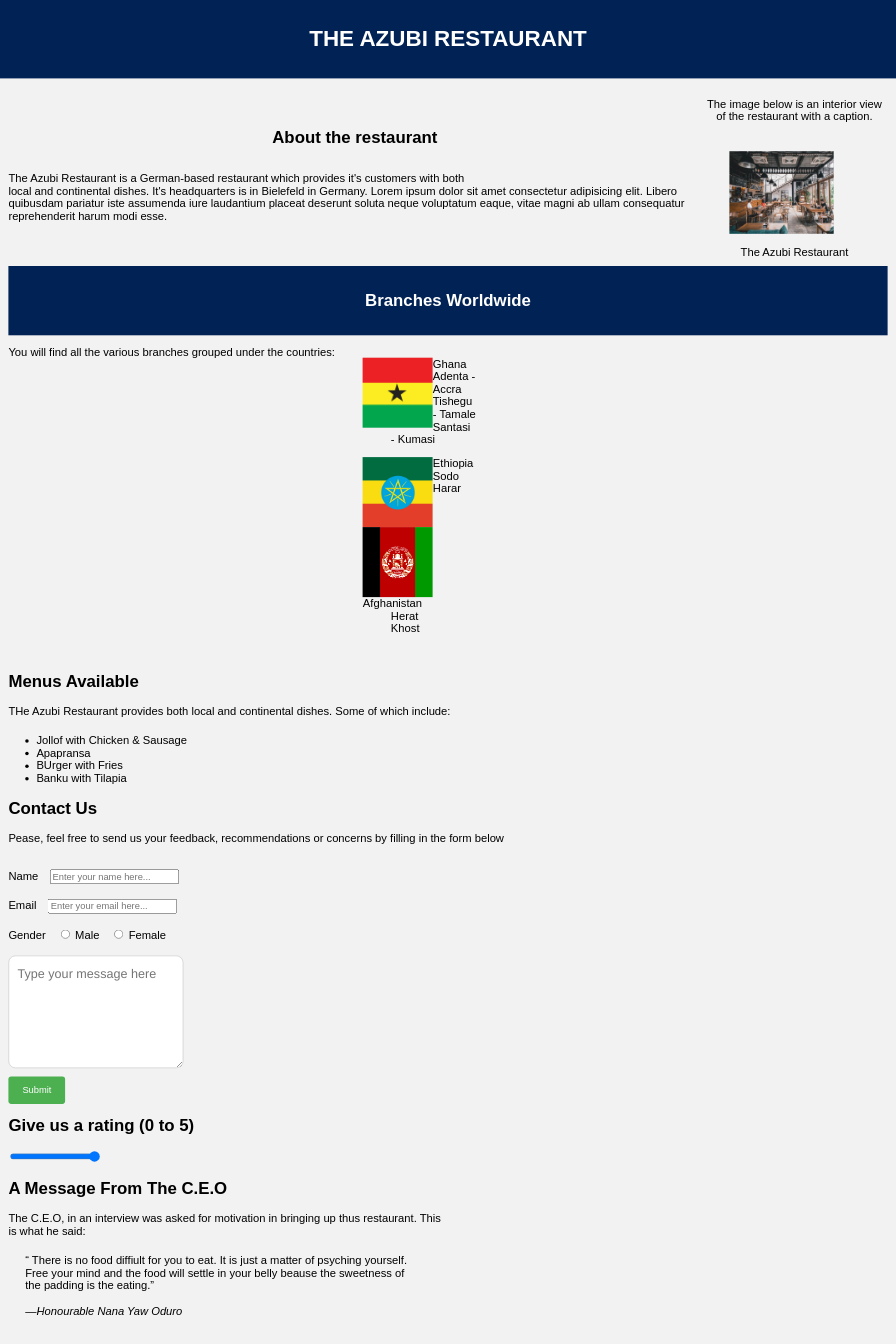
Repository: odurusphp/testingazubigit
Page: Fortune/FortunatusWulnye.html
These files come from the project's save history. The page is drawn as it stood at one moment and after the next save; the edit follows.
The browser window is 1280 px wide. The pictures show the part of the page from y = 0 to 1920 px (the page is 1954 px tall before and 2970 px after), at 70% of full size.

Above is the page before, as saved 2020-08-04 08:56:43.

### Fortune/FortunatusWulnye.html
<!--COMMENTS THAT ARE MINE ARE WRITTEN IN CAPITAL LETTERS-->
<!--THE GENERAL STRUCTURE OF THE PAGE IS GOOD WITH THE INDENTATION TOO-->
<!--THE CLASSES THAT YOU IMPLEMENTED TOO ARE GREAT KEEP IT UP-->
<!DOCTYPE html>
<html lang="en">

<head>

    <meta charset="UTF-8" />
    <meta name="viewport" content="width=device-width, initial-scale=1.0" />
    <title>The Azubi Restaurant</title>
    <meta name="descrition" content="A website for Azubi restaurant">
    <meta name="author" content="Fortunatus Aabangbio Wulnye">
    <link rel="stylesheet" href="css/style.css">

</head>

<body>

    <header class="main-header">
        <div class="brand">
            <h1 class="site-title"><a href="#">THE AZUBI RESTAURANT</a></h1>
        </div>
    </header>

    <main class="main-container">
        <section class="about-main">

            <aside class="about-text">
                <div class="about-header">
                    <h2>About the restaurant</h2>
                </div>
                <p>
                    The Azubi Restaurant is a German-based restaurant which provides
                    it's customers with both <br />
                    local and continental dishes. It's headquarters is in Bielefeld in
                    Germany. Lorem ipsum dolor sit amet consectetur adipisicing elit. Libero quibusdam pariatur iste
                    assumenda iure laudantium placeat deserunt soluta neque voluptatum eaque, vitae magni ab ullam
                    consequatur reprehenderit harum modi esse.
                </p>
            </aside>

            <div class="about-fig">
                <p>The image below is an interior view of the restaurant with a caption.</p>
                <figure>
                    <img src="images/FortununatusWulnyeRestaurant.jpg" alt="Azubi Restaurant" /> <br>
                    <figcaption>The Azubi Restaurant</figcaption>
                </figure>
            </div>

        </section>

        <section class="main-branches">
            <div class="branches-header">
                <h2>Branches Worldwide</h2>
            </div>

            <div class="branches">
                <p>You will find all the various branches grouped under the countries:</p>
                <dl>
                    <div class="ghana">
                        <figure class="reason">
                            <a href="">
                                <img src="images/ghana-flag.png" />
                            </a>
                            <figcaption>
                                <dt class="country">Ghana</dt>
                                <div class="location">
                                    <dd>Adenta - Accra</dd>
                                    <dd>Tishegu - Tamale</dd>
                                    <dd>Santasi - Kumasi</dd>
                                </div>
                            </figcaption>
                        </figure>
                    </div>

                    <div class="ethiopia">
                        <figure class="reason">
                            <a href="">
                                <img src="images/ethiopia-flag.jpg" />
                            </a>
                            <figcaption>
                                <dt class="country">Ethiopia</dt>
                                <div class="location">
                                    <dd>Sodo</dd>
                                    <dd>Harar</dd>
                                </div>
                            </figcaption>
                        </figure>
                    </div>


                    <div class="afghanistan">
                        <figure class="reason">
                            <a href="">
                                <img src="images/afg-flag.png" />
                            </a>
                            <figcaption>
                                <dt class="country">Afghanistan</dt>
                                <div class="location">
                                    <dd>Herat</dd>
                                    <dd>Khost</dd>
                                </div>
                            </figcaption>
                        </figure>
                    </div>

                </dl>
            </div>

        </section>

        <section class="menus">
            <h2>Menus Available</h2>
            <p>THe Azubi Restaurant provides both local and continental dishes. Some of which include:</p>
            <ul>
                <li>Jollof with Chicken & Sausage</li>
                <li>Apapransa</li>
                <li>BUrger with Fries</li>
                <li>Banku with Tilapia</li>
            </ul>
        </section>

        <div class="Contact">
            <h2>Contact Us</h2>
            <p>Pease, feel free to send us your feedback, recommendations or concerns by filling in the form below</p>
            <form action="" method="POST">
                <label for="fname">Name</label>
                <input type="text" name="fname" placeholder="Enter your name here..." required> <br>

                <label for="email">Email</label>
                <input type="text" name="email" placeholder="Enter your email here..." required> <br>

                <label for="gender">Gender</label>
                <input type="radio" id="male" value="male">
                <label for="gender">Male</label>
                <input type="radio" id="female" value="female">
                <label for="gender">Female</label> <br>

                <textarea name="message" id="" cols="20" rows="5" placeholder="Type your message here"></textarea>
                <br />

                <input type="submit" value="Submit" />
            </form>
            <br>

        </div>
        <br>

        <div class="rating">
            <h2>Give us a rating (0 to 5)</h2>
            <div class="slider">
                <input type="range" min="0" max="5" value="50">
            </div>
        </div>

        <div class="ceomessage">
            <h2>A Message From The C.E.O</h2>
            <P>The C.E.O, in an interview was asked for motivation in bringing up thus restaurant. This<br> is what he
                said:
            <blockquote> <q> There is no food diffiult for you to eat. It is just a matter of psyching yourself.<br>
                    Free your mind and the food
                    will settle in your belly beause the sweetness of <br> the padding is the eating.</q><br> <br>
                &mdash;<cite>Honourable Nana Yaw Oduro</cite>
            </blockquote>
            </P>
        </div>

    </main>
    <hr />

    <footer>
        &copy; Azubi Restaurant - 2020. Website: <a
            href="https://github.com/odurusphp/testingazubigit/">https://github.com/odurusphp/testingazubigit/</a>
    </footer>

</body>

</html>

### Fortune/css/style.css
* {
  box-sizing: border-box;
}

html {
  font-family: sans-serif;
  -webkit-text-size-adjust: 100%;
  -ms-text-size-adjust: 100%;
  justify-content: center;
  align-items: middle;
}
body {
  margin: 0;
  background-color: hsl(0, 0%, 95%);
}

/*--------------------------------------------------------------
Header styles
--------------------------------------------------------------*/

.main-header {
  padding: 1em 0;
  background-color: #002254;
}

.brand {
  /* padding: 70px 0; */
  text-align: center;
  border: "0.5rem solid pink";
}
.site-title a {
  text-decoration: none;
  color: #fff;
}

.about-main {
  display: flex;
}

.about-header {
  text-align: center;
}

.about-text {
  display: flex;
  flex-direction: column;
  justify-content: center;
}

.about-fig {
  display: flex;
  flex-direction: column;
  justify-content: center;
  text-align: center;
}

.main-container {
  border-radius: 2px;
  padding: 12px;
}

.branches {
  display: flex;
  flex-wrap: wrap;
}

.branches-header {
  padding: 1em 0;
  background-color: #002254;
  text-align: center;
  border: "0.5rem solid pink";
  text-decoration: none;
  color: #fff;
}

aside,
figcaption,
figure,
footer,
header,
main,
nav,
section {
  display: block;
}

a:active,
a:hover {
  outline: 0;
}

b,
strong {
  font-weight: bold;
}

p {
  margin-bottom: 1.5em;
}

h1 {
  font-size: 2em;
  margin: 0.67em 0;
}

.about-fig img {
  display: block;
  border: 0;
  width: 80%;
  height: 80%;
}

.branches img {
  float: left;
  width: 100px;
  height: 100px;
  object-fit: cover;
}

label {
  padding: 12px 12px 12px 0;
  display: inline-block;
}

.contact {
  border-radius: 5px;
  background-color: #f2f2f2;
  padding: 20px;
}
input [type="text"],
select,
textarea {
  color: inherit;
  font: inherit;
  margin: 0;
  padding: 12px;
  border: 1px solid #ccc;
  border-radius: 10px;
  resize: vertical;
  margin: 8px 0;
  font-family: "Source Sans Pro", "Helvetica", Arial, sans-serif;
  font-size: 18px;
  line-height: 1.5;
}

input[type="submit"] {
  background-color: #4caf50;
  color: white;
  padding: 12px 20px;
  border: none;
  border-radius: 4px;
  cursor: pointer;
  float: left;
}

select {
  text-transform: none;
}

textarea {
  overflow: auto;
}

input::-moz-focus-inner {
  border: 0;
  padding: 0;
}

input {
  line-height: normal;
}

input[type="radio"] {
  box-sizing: border-box;
  padding: 0;
}

blockquote {
  margin: 0 1.5em;
}

After the next save:
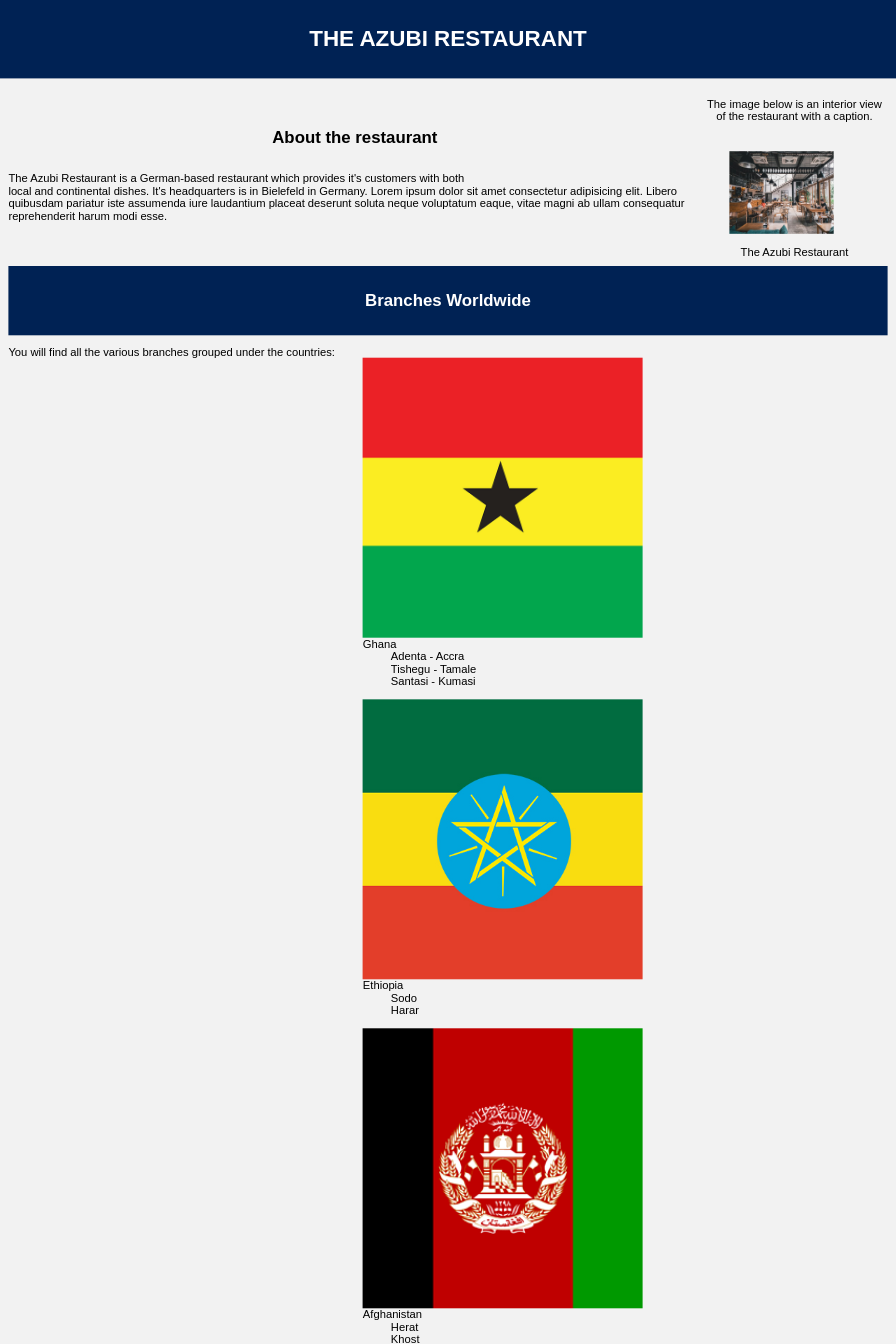
Saved 27 s later.
--- a/Fortune/css/style.css
+++ b/Fortune/css/style.css
@@ -112,8 +112,8 @@ h1 {
 
 .branches img {
   float: left;
-  width: 100px;
-  height: 100px;
+  width: 400px;
+  height: 400px;
   object-fit: cover;
 }
 
